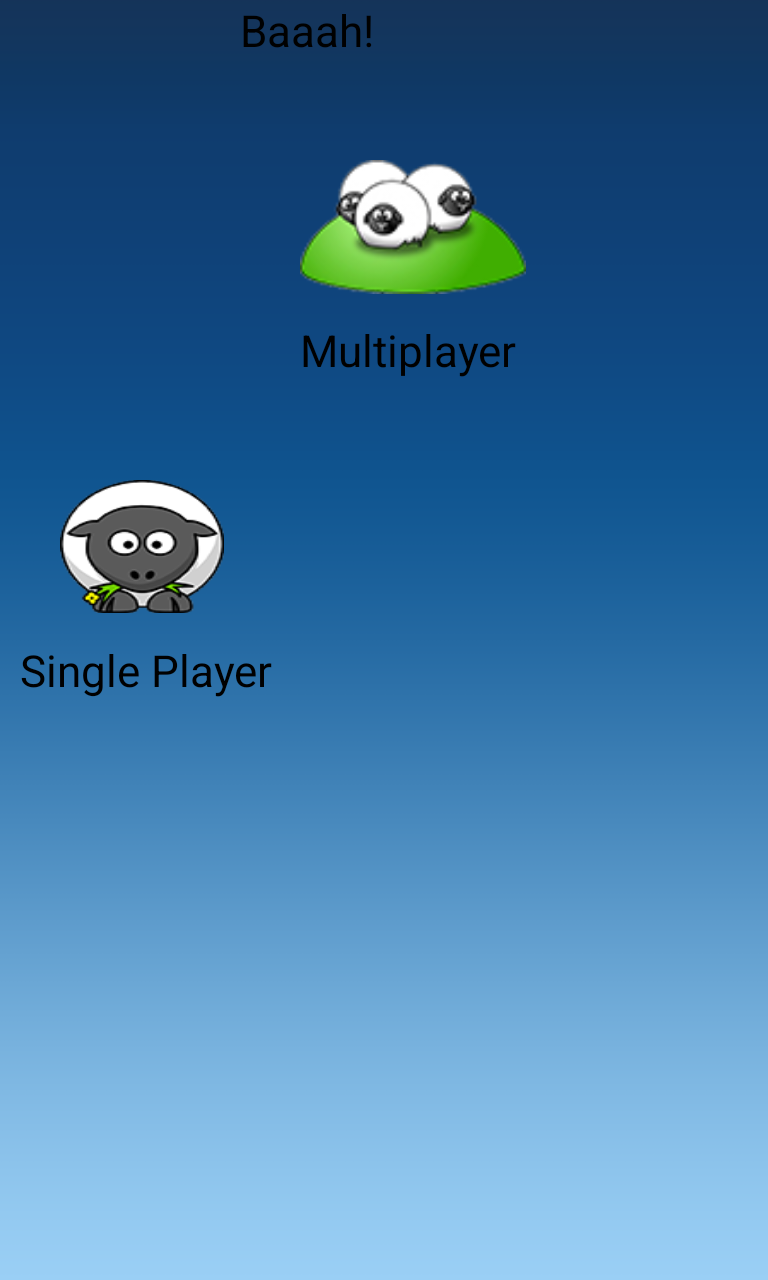
Repository: exilonX/CodeWarsFelula
Layout: Baa/res/layout/end_game.xml
An editor plug-in stored every save of this project. The layout is shown before and after a run of saves, followed by the edit.
It is drawn on a 768 x 1280 px phone screen (xhdpi) without system bars, with theme AppTheme; the app's code is not run.

Above is the layout before, as saved 2014-02-22 17:12:54.

After the next 2 saves:
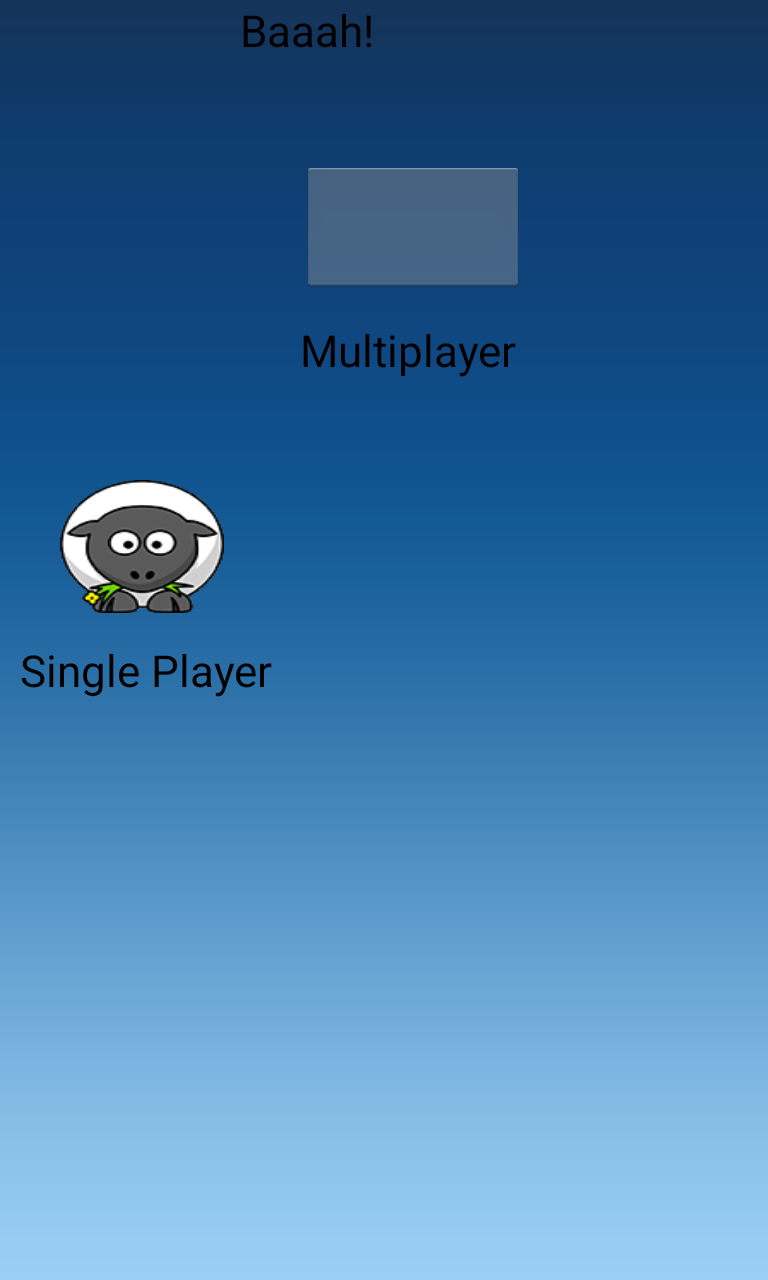
The 2 saves are shown as one change because they came seconds apart.
The last was saved 23 s later.
--- a/Baa/res/layout/end_game.xml
+++ b/Baa/res/layout/end_game.xml
@@ -13,8 +13,7 @@
         android:layout_marginLeft="150dp"
         android:layout_marginRight="0dp"
         android:layout_marginTop="80dp"
-        android:background="@drawable/multi"
-        android:onClick="start_multiplayer" />
+        />
 
     <Button
         android:id="@+id/player2"
